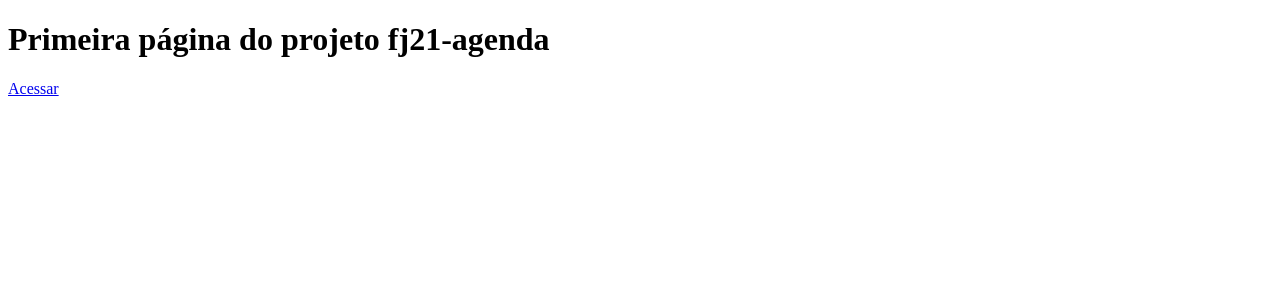
Repository: eduardocorreadesa/progweb
Page: Workspace/fj21-agenda/WebContent/index.html
The author's editor kept a copy of each file at every save. The page is drawn from the files as they stood at one save, then again after the next save.
The browser window is 1280 px wide. The pictures show the whole page.

Above is the page before, as saved 2016-10-05 00:02:09.

After the next save:
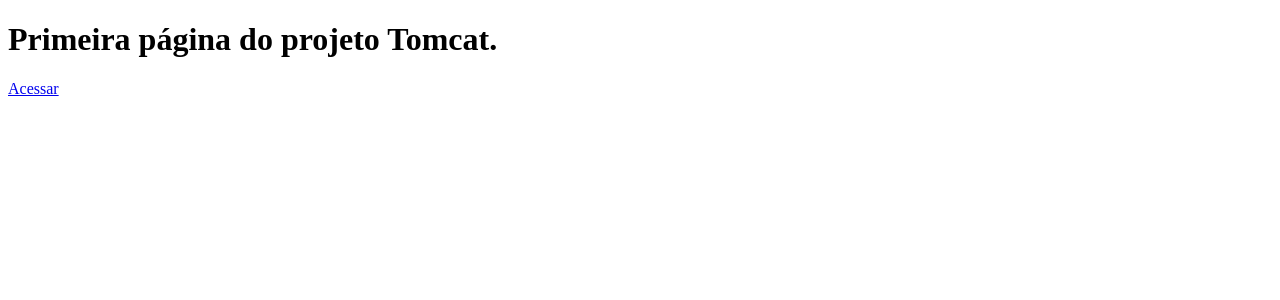
Saved 56 s later.
--- a/Workspace/fj21-agenda/WebContent/index.html
+++ b/Workspace/fj21-agenda/WebContent/index.html
@@ -5,7 +5,7 @@
 <title>Projeto fj21-agenda</title>
 </head>
 <body>
-	<h1>Primeira página do projeto fj21-agenda</h1>
+	<h1>Primeira página do projeto Tomcat.</h1>
 	<a href="/fj21-agenda/cadastro.html">Acessar</a>
 </body>
 </html>
